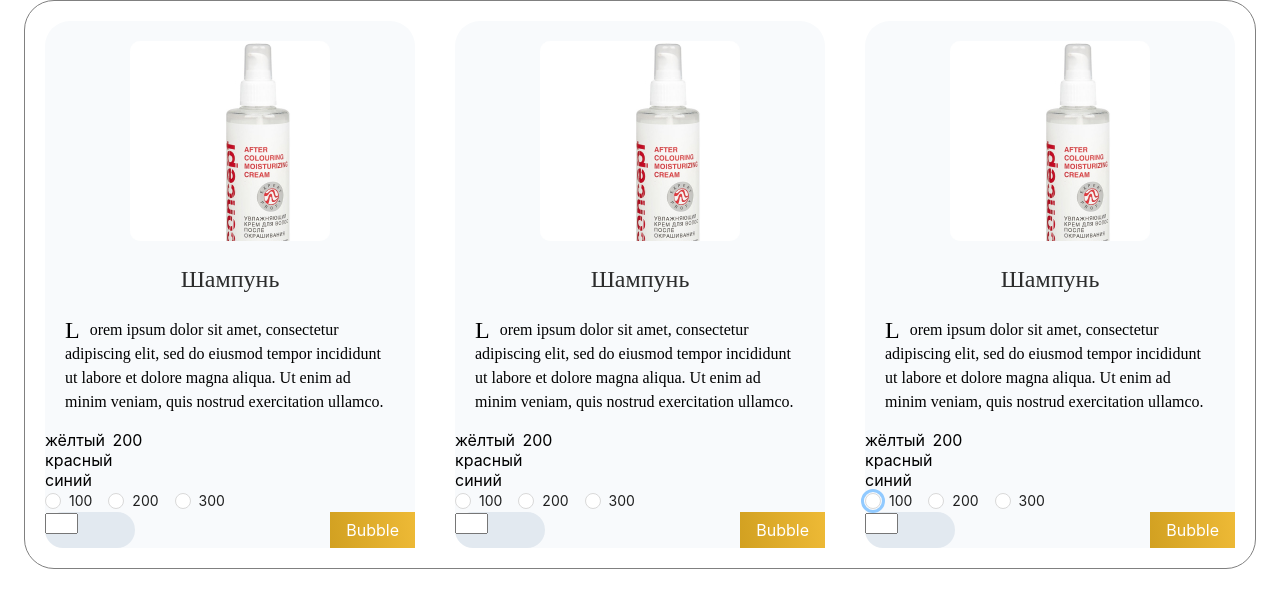
Repository: MiroslavWise/shamptu
Page: /
These files come from the project's save history. The page is drawn as it stood at one moment and after the next save; the edit follows.
The browser window is 1280 px wide. The pictures show the whole page.
The project was rebuilt for these pictures with package versions that can differ from the ones it lists, and the page was loaded fresh each time. Also part of the build but not shown: src/App.css.

Above is the page before, as saved 2022-02-17 13:36:49.

After the next save:
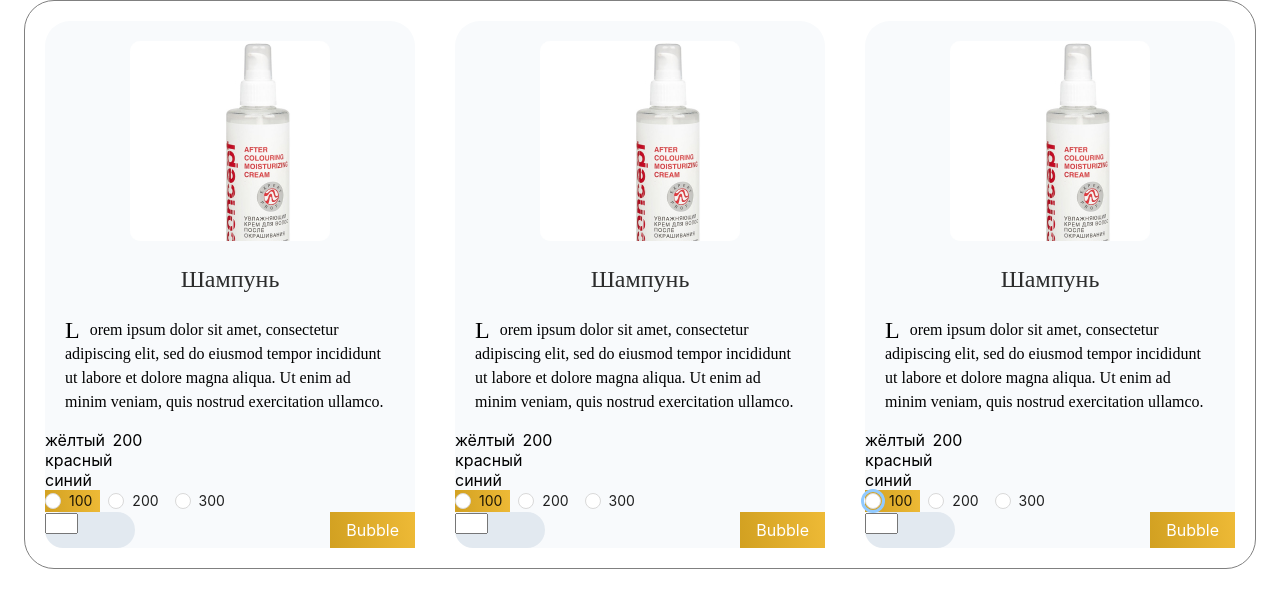
Saved 98 s later.
--- a/src/components/items/SpamItem.jsx
+++ b/src/components/items/SpamItem.jsx
@@ -4,15 +4,10 @@
 import { Menu, Dropdown, Button, message, Space, Tooltip, Radio } from 'antd'
 import { DownOutlined, UserOutlined } from '@ant-design/icons'
 
-function handleButtonClick(e) {
-    message.info('Click on left button.');
-    console.log('click left button', e);
-  }
+const style = {
+    background: 'linear-gradient(261.65deg, #EFBB37 -3.95%, #CF9E1F 109.44%)',
 
-  function handleMenuClick(e) {
-    message.info('Click on menu item.');
-    console.log('click', e);
-  }
+}
 
 const ShamItem = ({image}) => {
     const [prise, setPrise] = useState(200)
@@ -40,7 +35,7 @@
                 </div>
                 <div className='volume'></div>
                 <Radio.Group name="radiogroup" defaultValue={1}>
-                    <Radio value={100} autoFocus>100</Radio>
+                    <Radio value={100} autoFocus style={style}>100</Radio>
                     <Radio value={200}>200</Radio>
                     <Radio value={300}>300</Radio>
                 </Radio.Group>

After the save that followed:
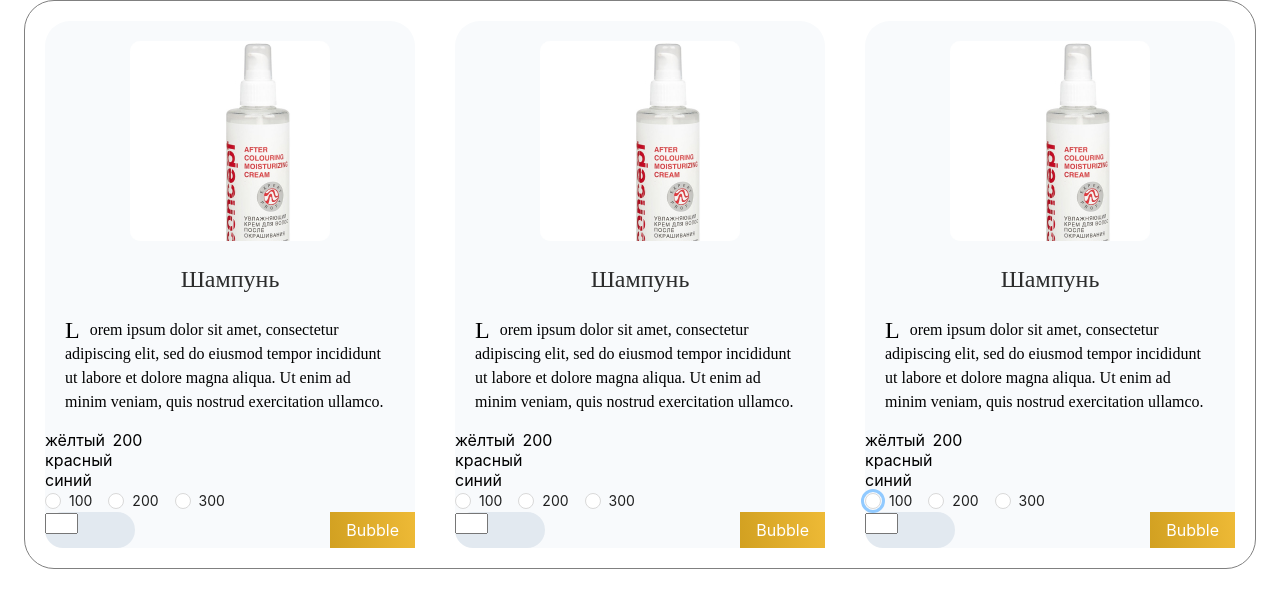
Saved 17 s later.
--- a/src/components/items/SpamItem.jsx
+++ b/src/components/items/SpamItem.jsx
@@ -35,7 +35,7 @@
                 </div>
                 <div className='volume'></div>
                 <Radio.Group name="radiogroup" defaultValue={1}>
-                    <Radio value={100} autoFocus style={style}>100</Radio>
+                    <Radio value={100} autoFocus>100</Radio>
                     <Radio value={200}>200</Radio>
                     <Radio value={300}>300</Radio>
                 </Radio.Group>
